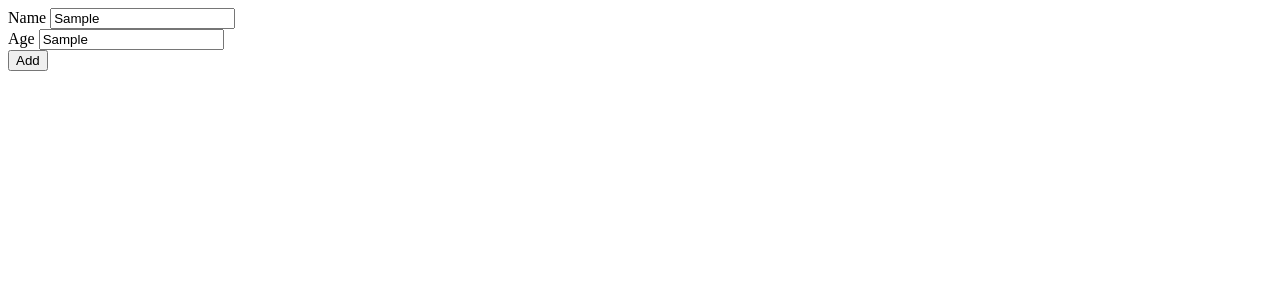
Repository: ravinforu/HTML5_CSS3_JS_Frameworks_Jul_2012-1
Page: Day01/WebContent/lab04.html
An editor plug-in stored every save of this project. The page is shown before and after the next save, followed by the edit.
The browser window is 1280 px wide. The pictures show the whole page.
Empty fields were first filled with sample values (such as "Sample", 5 or name@example.com).
After loading, the first visible `#addBtn` was clicked once.

Above is the page before, as saved 2012-07-20 10:40:10.
Console error: ReferenceError: addRow is not defined

After the next save:
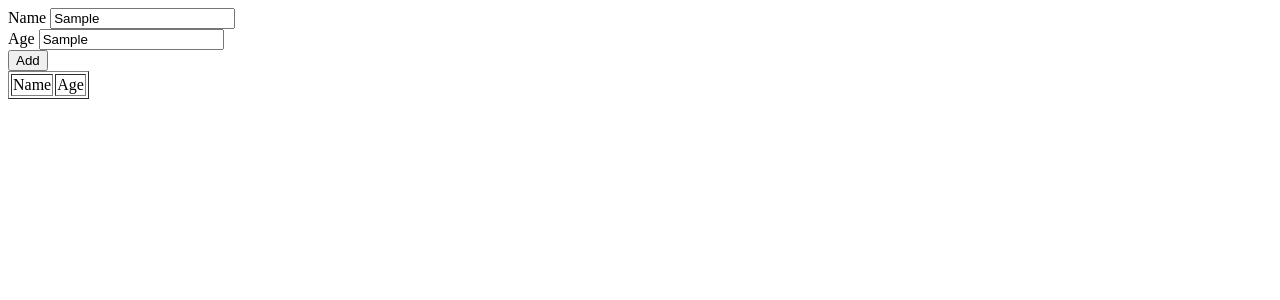
The error is gone.
Saved 33 s later.
--- a/Day01/WebContent/lab04.html
+++ b/Day01/WebContent/lab04.html
@@ -8,12 +8,17 @@
 			createTable();
 		addRow($("#nameText").val(),$("#ageText").val());
 	}
+	function addRow(name,age){
+		var row = "<tr>"
+	}
 	function createTable(){
 		var table = "<table border='1' id='resultsTBL'>";
 		table += "<thead>";
 		table += "<tr><td>Name</td><td>Age</td></tr>";
 		table += "</thead>";
+		table += "<tbody></tbody>";
 		table += "</table>";
+		$("#results").append(table);
 	}
 	$().ready(function() {
 		$("#addBtn").on("click",addRecords);
